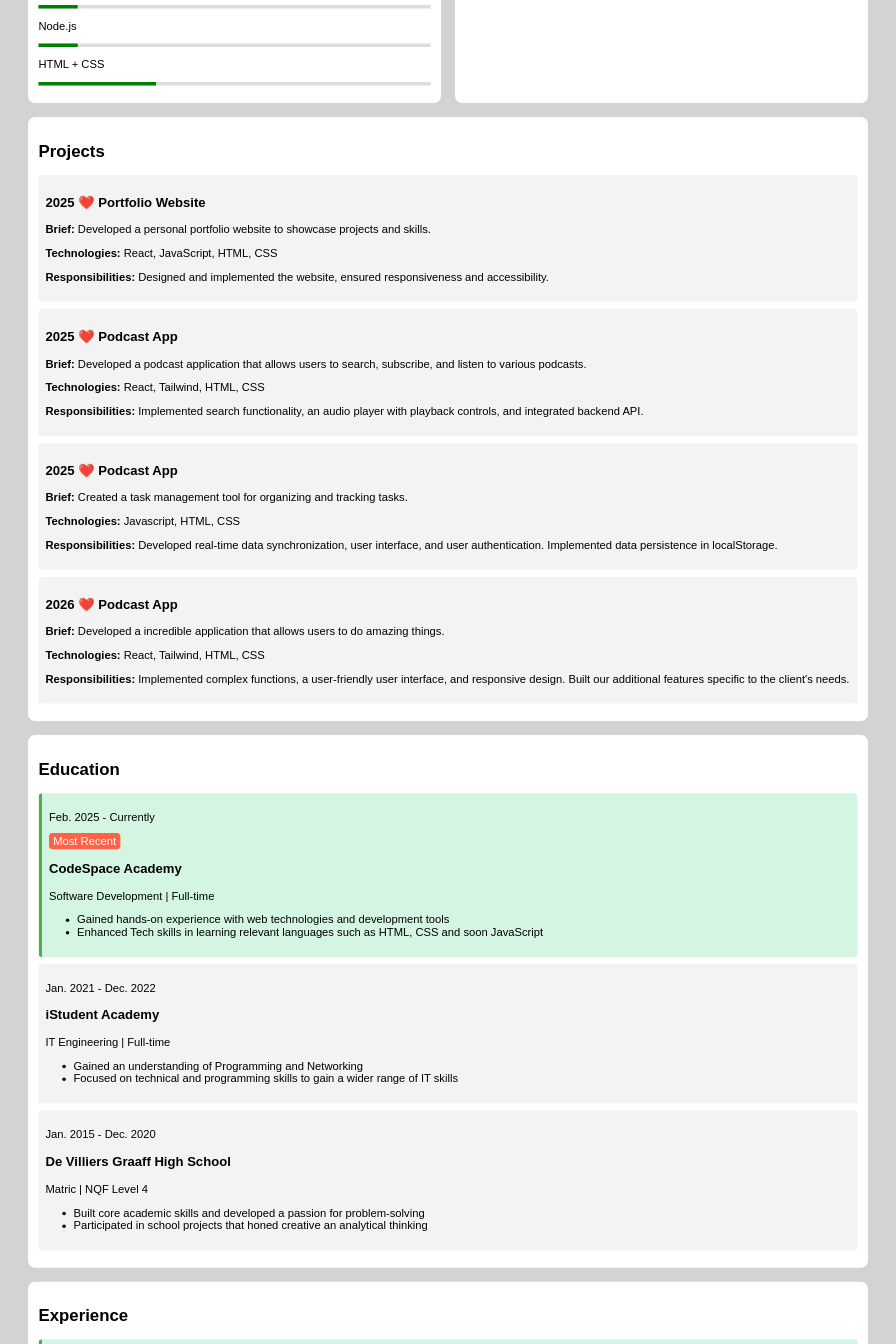
Repository: andajonas/ANDJON25111_fto2502_A2_AndaJonas_SDF_Portfolio_Piece
Page: index.html
An editor plug-in stored every save of this project. The page is shown before and after a run of saves, followed by the edit.
The browser window is 1280 px wide. The pictures show the part of the page from y = 403 to 2323 px (the page is 3128 px tall), at 70% of full size.
A picture or video elsewhere on the page could not be fetched, so the positions and the page height are approximate.

Above is the page before, as saved 2025-04-03 21:36:07.

### index.html
<!DOCTYPE html>
<html lang="en">
<head>
    <meta charset="UTF-8">
    <meta name="viewport" content="width=device-width, initial-scale=1.0">
    <title>Anda's Resume Project</title>
    <link rel="stylesheet" href="styles.css">
</head>
<body>

<div class="container">
    <!-- Profile Section -->
    <section class="profile">
        <img src="profile.jpg" alt="Profile Picture" class="profile-pic">
        <div class="profile-info">
            <h1>Anda Jonas</h1>
            <p>I am a beginner Software Developer passionate about building clean and responsive websites that are aesthetically pleasing as well as functional. I am always seeking to refine my skills and stay up to date with the latest trends.</p>
        </div>
    </section>

    <!-- Proficiency and Skills Section -->
    <section class="skills-container">
        <div class="proficiency">
            <h2>Proficiency</h2>
            <p><strong>Beginner Intermediate Advanced</strong></p>
            <p>JavaScript</p><div class="bar"><div class="progress" style="width: 10%;"></div></div>
            <p>React</p><div class="bar"><div class="progress" style="width: 10%;"></div></div>
            <p>Node.js</p><div class="bar"><div class="progress" style="width: 10%;"></div></div>
            <p>HTML + CSS</p><div class="bar"><div class="progress" style="width: 30%;"></div></div>
        </div>

        <div class="skills">
            <h2>Skills</h2>
            <div class="skill-tags">
                <span class="skill-item">Software Development</span>
                <span class="skill-item">Agile</span>
                <span class="skill-item">UI Design</span>
                <span class="skill-item">Problem Solving</span>
                <span class="skill-item">Git And Version Control</span>
                <span class="skill-item">Web Development</span>
                <span class="skill-item">Team Collaboration</span>
                <span class="skill-item">Functional Programming</span>
                <span class="skill-item">RESTful APIs</span>
            </div>
        </div>
    </section>

    <!-- Projects Section -->
    <section class="projects">
        <h2>Projects</h2>
        <div class="project-card">
            <h3>2025 ❤️ Portfolio Website</h3>
            <p><strong>Brief:</strong> Developed a personal portfolio website to showcase projects and skills.</p>
            <p><strong>Technologies:</strong> React, JavaScript, HTML, CSS</p>
            <p><strong>Responsibilities:</strong> Designed and implemented the website, ensured responsiveness and accessibility.</p>
        </div>

        <div class="project-card">
            <h3>2025 ❤️ Podcast App</h3>
            <p><strong>Brief:</strong> Developed a podcast application that allows users to search, subscribe, and listen to various podcasts.</p>
            <p><strong>Technologies:</strong> React, Tailwind, HTML, CSS</p>
            <p><strong>Responsibilities:</strong> Implemented search functionality, an audio player with playback controls, and integrated backend API.</p>
        </div>

        <div class="project-card">
            <h3>2025 ❤️ Podcast App</h3>
            <p><strong>Brief:</strong> Created a task management tool for organizing and tracking tasks.</p>
            <p><strong>Technologies:</strong> Javascript, HTML, CSS</p>
            <p><strong>Responsibilities:</strong> Developed real-time data synchronization, user interface, and user authentication. Implemented data persistence in localStorage.</p>
        </div>

        <div class="project-card">
            <h3>2026 ❤️ Podcast App</h3>
            <p><strong>Brief:</strong> Developed a incredible application that allows users to do amazing things.</p>
            <p><strong>Technologies:</strong> React, Tailwind, HTML, CSS</p>
            <p><strong>Responsibilities:</strong> Implemented complex functions, a user-friendly user interface, and responsive design. Built our additional features specific to the client's needs.</p>
        </div>
    </section>

    <!-- Education Section -->
    <section class="education">
        <h2>Education</h2>
        <div class="education-card green">
            <div class="exp-header">
                <p class="date">Feb. 2025 - Currently</p>
                <span class="tag">Most Recent</span>
            </div>
            <h3>CodeSpace Academy</h3>
            <p class="company">Software Development | Full-time</p>
            <ul>
                <li>Gained hands-on experience with web technologies and development tools</li>
                 <li>Enhanced Tech skills in learning relevant languages such as HTML, CSS and soon JavaScript</li>
        </div>

        <div class="education-card">
            <p class="date">Jan. 2021 - Dec. 2022</p>
            <h3>iStudent Academy</h3>
            <p class="company">IT Engineering | Full-time</p>
            <ul>
                <li>Gained an understanding of Programming and Networking</li>
                <li>Focused on technical and programming skills to gain a wider range of IT skills</li>
            </ul>
        </div>
        <div class="education-card">
            <p class="date">Jan. 2015 - Dec. 2020</p>
            <h3>De Villiers Graaff High School</h3>
            <p class="company">Matric | NQF Level 4</p>
            <ul>
                <li>Built core academic skills and developed a passion for problem-solving</li>
                <li>Participated in school projects that honed creative an analytical thinking</li>
            </ul>
        </div>
    </section>

    <!-- Experience Section -->
    <section class="experience">
        <h2>Experience</h2>
        <div class="experience-card green">
            <div class="exp-header">
                <p class="date">Sep. 2024 - Jan 2025</p>
                <span class="tag">Most Recent</span>
            </div>
            <h3>Customer Service Representative</h3>
            <p class="company">Amazon | Full-time</p>
            <ul>
                <li>Support customers, drivers and Delivery Service Partners to ensure successful deliveries</li>
                <li>Prevent issues and solve customer queries through phone, email or chat.</li>
        </div>

        <div class="experience-card">
            <p class="date">Sept. 2023 - Jul. 2024</p>
            <h3>Quality Assesor</h3>
            <p class="company">Liberty | Full-time</p>
            <ul>
                <li>Enhance the customer experience journey by quality assessing call center interactions(calls), enable low risk and zero surprises BAU and producing reports</li>
                <li>Contribute towards continuous improvement initiatives to improve compliance, processes, systems and skills</li>
            </ul>
        </div>
        <div class="experience-card">
            <p class="date">Feb. 2023 - Sept. 2023</p>
            <h3>Sales Agent | Insurance</h3>
            <p class="company">Liberty | Full-time</p>
            <ul>
                <li>Conduct outbound calls in a professional manner, ensuring excellent and accurate client service</li>
                <li>Sell the company's Life Insurance and Services to potential customers</li>
            </ul>
        </div>
    </section>

    <!-- Contact Section -->
    <section class="contact">
        <p class="contact-text">Let's chat! I'm ready to work on exciting projects.</p>
        <p class="contact-links">
            <a href="mailto:andajonas63@gmail.com">andajonas63@gmail.com</a> |
            <a href="tel:+27655461522"> 065 546 1522</a> |
            <a href="https://www.linkedin.com/in/anda-jonas/" target="_blank" rel="noopener noreferrer">LinkedIn</a> |
            <a href="https://github.com/andajonas" target="_blank" rel="noopener noreferrer"> GitHub</a>
        </p>
    </section>
</div>

</body>
</html>

### styles.css
/* General Layout */
body {
    font-family: Arial, sans-serif;
    margin: 0;
    padding: 0;
    background: #d3d3d3;
}

.container {
    max-width: 1200px;
    margin: auto;
    display: flex;
    flex-direction: column;
    gap: 20px;
}

/* Profile Section */
.profile {
    display: flex;
    align-items: center;
    padding: 20px;
    background: white;
    border-radius: 10px;
    line-height: 24px;

}

.profile-pic {
    width: 144px;
    height: 144px;
    border-radius: 24px;
    object-fit: cover;
    margin-right: 20px;
}

/* Skills Section */
.skills-container {
    display: flex;
    gap: 20px;
}

.proficiency, .skills {
    background: white;
    padding: 15px;
    border-radius: 10px;
    width: 50%;
}

.bar {
    width: 100%;
    height: 5px;
    background: #ddd;
    margin-bottom: 10px;
}

.progress {
    height: 5px;
    background: green;
}

.skill-tags {
    display: flex;
    flex-wrap: wrap;
    gap: 10px;
}

.skill-item {
    background: #ecf4f1;
    padding: 8px 14px;
    border-radius: 6px;
    font-size: 14px;
    display: inline-block;
}

/* Projects Section */
.projects {
    background: white;
    padding: 15px;
    border-radius: 10px;
    display: grid;
}

.project-card {
    background: #f3f3f3;
    padding: 10px;
    border-radius: 5px;
    margin-bottom: 10px;
}

/* Education Section */
.education {
    background: white;
    padding: 15px;
    border-radius: 10px;
}

.education-card {
    background: #f3f3f3;
    padding: 10px;
    border-radius: 5px;
    margin-bottom: 10px;
}

/* Experience Section */
.experience {
    background: white;
    padding: 15px;
    border-radius: 10px;
}

.experience-card {
    background: #f3f3f3;
    padding: 10px;
    border-radius: 5px;
    margin-bottom: 10px;
}

.green {
    background: #d5f5e3;
    border-left: 5px solid #4caf50;
}

.tag {
    background: #ff6347;
    color: white;
    padding: 3px 6px;
    border-radius: 5px;
}

/* Contact Section */
.contact {
    background: #d35d36;
    color: white;
    text-align: center;
    padding: 15px;
    border-radius: 10px;
}

.contact-links a {
    color: white;
    font-weight: bold;
    text-decoration: none;
}

After the next 2 saves:
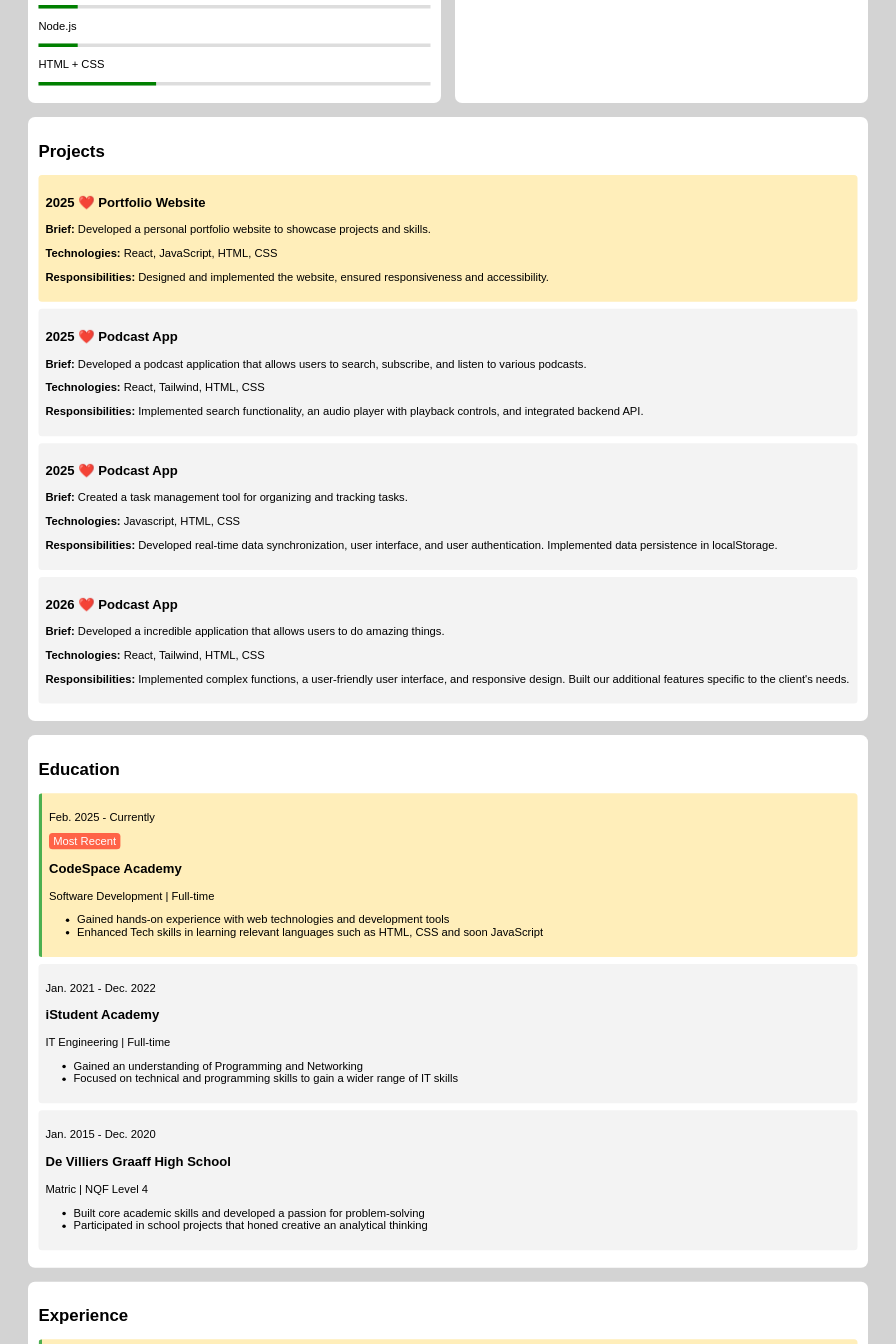
The 2 saves are shown as one change because they came seconds apart.
The last was saved 2 min 18 s later.
--- a/styles.css
+++ b/styles.css
@@ -126,6 +126,12 @@ body {
     padding: 3px 6px;
     border-radius: 5px;
 }
+.project-card:first-of-type,
+.education-card:first-of-type,
+.experience-card:first-of-type {
+    background: #ffeeba; /* Light yellow or any color you prefer */
+}
+
 
 /* Contact Section */
 .contact {
